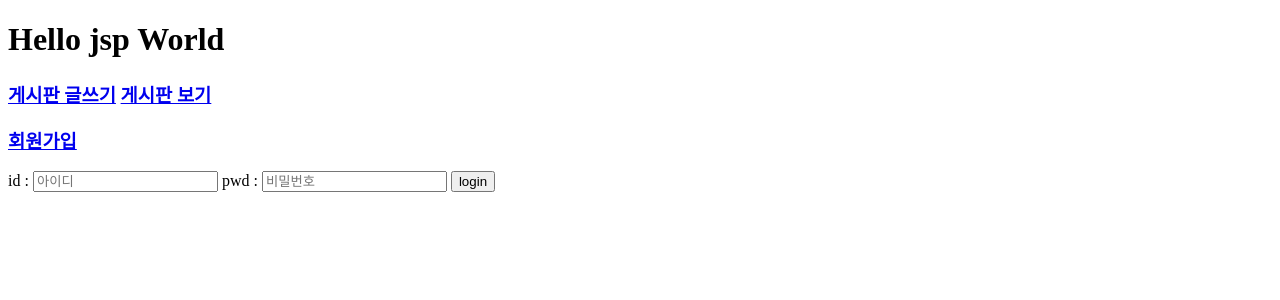
Repository: LeeYouHyeon/5.Servlet
Page: http://localhost/jsp_project/brd/index.jsp
An editor plug-in stored every save of this project. The page is shown before and after the next save, followed by the edit.
The browser window is 1280 px wide. The pictures show the whole page.
The page is served by Tomcat 9. Other server files are loaded and not shown.

Above is the page before, as saved 2025-05-28 03:35:34.

### jsp_project/src/main/webapp/index.jsp
<%@ page language="java" contentType="text/html; charset=UTF-8"
	pageEncoding="UTF-8"%>
<%@ taglib uri="http://java.sun.com/jsp/jstl/core" prefix="c" %>
<!DOCTYPE html>
<html>
<head>
<meta charset="UTF-8">
<title>Insert title here</title>
</head>
<body>
	<h1>Hello jsp World</h1>
	<h3>
		<a href="/brd/register">게시판 글쓰기</a> <a href="/brd/list">게시판 보기</a>
	</h3>
	<div>
		<h3>
			<a href="/mem/register">회원가입</a>
		</h3>
	</div>
	<div>
		<form action="/mem/login" method="post">
			id : <input type="text" name="id" placeholder="아이디"> pwd : <input
				type="password" name="pwd" placeholder="비밀번호">
			<button type="submit">login</button>
		</form>
	</div>
	<script type="text/javascript">
		const msg_login = `<c:out value="${msg_login}" />`;
		if (msg_login === '-1') {
			alert('로그인 정보가 일치하지 않습니다.');
		} else {
			// TODO
		}
	</script>
</body>
</html>

### jsp_project/src/main/java/controller/BoardController.java
package controller;

import java.io.File;
import java.io.IOException;
import java.util.List;

import javax.servlet.RequestDispatcher;
import javax.servlet.ServletException;
import javax.servlet.annotation.WebServlet;
import javax.servlet.http.HttpServlet;
import javax.servlet.http.HttpServletRequest;
import javax.servlet.http.HttpServletResponse;

import org.apache.commons.fileupload.FileItem;
import org.apache.commons.fileupload.disk.DiskFileItemFactory;
import org.apache.commons.fileupload.servlet.ServletFileUpload;
import org.slf4j.Logger;
import org.slf4j.LoggerFactory;

import domain.BoardVO;
import domain.PagingVO;
import handler.FileRemoveHandler;
import handler.PagingHandler;
import net.coobird.thumbnailator.Thumbnails;
import service.BoardService;
import service.BoardServiceImpl;

/**
 * Servlet implementation class BoardController
 */
@WebServlet("/brd/*")
public class BoardController extends HttpServlet {
	private static final long serialVersionUID = 1L;

	// 로그 객체 생성
	private static final Logger Log = LoggerFactory.getLogger(BoardController.class);

	// jsp에서 받은 요청을 처리하고 그 결과를 다른 jsp로 보내주는 객체
	private RequestDispatcher rdp;
	// 목적지(jsp) 주소를 저장하는 변수
	private String destPage;
	// isOk 변수
	private int isOk;

	// service 연결 인터페이스
	private BoardService bsv;

	public BoardController() {
		// 생성자 => bsv를 구현 객체로 연결해 생성
		bsv = new BoardServiceImpl();
	}

	// 여기선 service가 doGet과 doPost를 전부 처리하도록 구성
	protected void service(HttpServletRequest request, HttpServletResponse response)
			throws ServletException, IOException {
		// 모든 처리는 service에서
		Log.info("BoardController test");

		// 들어오는 매개변수와 응답객체의 인코딩 설정
		request.setCharacterEncoding("UTF-8");
		response.setCharacterEncoding("UTF-8");
		// 동기 방식 : 응답 객체의 content Type을 text/html로 설정
		response.setContentType("text/html; charset=UTF-8");

		// jsp에서 요청하는 주소를 받는 객체
		String uri = request.getRequestURI();
		Log.info(uri); // /brd/register => register

		String path = uri.substring(uri.lastIndexOf("/") + 1); // register만 추출
		Log.info(path);

		switch (path) {
		case "register":
			destPage = "/board/register.jsp";
			break;
		case "insert":
			try {
				// 파일 첨부가 있을 경우 사용
				// 파일 업로드 시 사용할 물리적인 경로를 설정
				String savePath = getServletContext().getRealPath("/_fileUpload");
				Log.info(">>> savePath >> {}", savePath);

				// File 객체 생성
				File fileDir = new File(savePath);
				Log.info(">>> fileDir >> {}", fileDir);

				DiskFileItemFactory fileItemFactory = new DiskFileItemFactory();
				// 파일 저장 객체 (파일 경로)
				fileItemFactory.setRepository(fileDir);
				// 파일 저장시 사용할 메모리 공간
				fileItemFactory.setSizeThreshold(1024 * 1024 * 3); // 계산 가능

				BoardVO bvo = new BoardVO();

				// request에서 multipart/form-data 형식으로 넘어온 객체를 다루기 쉽게 변환해주는 클래스
				ServletFileUpload fileUpload = new ServletFileUpload(fileItemFactory);

				List<FileItem> itemList = fileUpload.parseRequest(request);

				for (FileItem item : itemList) {
					// item -> title, writer, content, imageFile
					switch (item.getFieldName()) {
					case "title":
						bvo.setTitle(item.getString("UTF-8")); // 바이트 형태로 풀어진 값을 UTF-8로 재조합
						break;
					case "writer":
						bvo.setWriter(item.getString("UTF-8"));
						break;
					case "content":
						bvo.setContent(item.getString("UTF-8"));
						break;
					case "imageFile":
						// value가 없다고 null이 뜨지 않음. null이 뜨려면 웹에서 그 항목 자체가 없어야 함
						// 용량으로 이미지 파일 존재 여부를 체크
						if (item.getSize() > 0) {
							// 파일 이름 추출
							// getName() : 경로를 포함하는 이름
							String fileName = item.getName().substring(item.getName().lastIndexOf(File.separator) + 1);
							// File.separator : 파일 경로 기호 => 운영체제마다 다를 수 있어서 자동 변환
							Log.info(">>>> fileName >> {}", fileName);
							// 시스템의 시간을 이용하여 파일 구분 시간_파일이름
							// UUID UUID_파일이름
							fileName = System.currentTimeMillis() + "_" + fileName;

							// 경로 + 구분자 + 파일이름
							File uploadFile = new File(fileDir + File.separator + fileName);
							Log.info(">>> uploadFile >> {}", uploadFile);

							// 저장
							try {
								item.write(uploadFile); // 파일 객체에 실제 데이터 쓰기
								bvo.setImageFile(fileName); // 프로젝트 내부에 저장된 이미지는 /로 연결 가능

								// 썸네일 작업 : 리스트 페이지에서 트래픽 과다 사용 방지 (연결시간 지연 방지)
								Thumbnails.of(uploadFile).size(75, 75)
										.toFile(new File(fileDir + File.separator + "_th_" + fileName));
							} catch (Exception e) {
								// TODO: handle exception
								Log.info("file writer on disk error");
								e.printStackTrace();
							}
						}
						break;
					}
				}

				Log.info(">> bvo {}", bvo);
				isOk = bsv.insert(bvo);
				Log.info(">> insert {}", isOk > 0 ? "성공" : "실패");

				// 파일 첨부가 없을 때 사용. enctype="multipart/form-data"가 아닐 경우 사용
				// request로 받은 데이터를 추출
//				String title = request.getParameter("title"), writer = request.getParameter("writer"),
//						content = request.getParameter("content");
//
//				// DB에 넣기 위해 객체 생성
//				BoardVO bvo = new BoardVO(title, writer, content);
//

				// boardService 객체로 해당 객체를 전달
				//

				// DB에서 저장이 완료되면 1, 안 되면 0이 리턴

				destPage = "/index.jsp";
			} catch (Exception e) {
				// TODO: handle exception
				e.printStackTrace();
			}
			break;
		case "list":
			try {
				// DB에서 전체 리스트를 요청
//				List<BoardVO> list = bsv.getList();

				PagingVO pgvo = new PagingVO(); // pageNo = 1, qty = 10;

				if (request.getParameter("pageNo") != null) {
					pgvo.setPageNo(Integer.parseInt(request.getParameter("pageNo")));
					pgvo.setQty(Integer.parseInt(request.getParameter("qty")));
					pgvo.setType(request.getParameter("type"));
					pgvo.setKeyword(request.getParameter("keyword"));
				}

				// select * from board order by bno desc limit pageStart, qty;
				// select * from board where type like "%keyword%" ...

				List<BoardVO> list = bsv.getList(pgvo);
				Log.info(">> list {}", list);

				int totalCount = bsv.getTotal(pgvo);
				Log.info(">> totalCount > " + totalCount);

				// 페이지 핸들러 객체 생성 => 화면으로 보내기
				PagingHandler ph = new PagingHandler(pgvo, totalCount);
				Log.info(" >> ph > {}", ph);

				// request의 객체로 값을 보내는 역할
				request.setAttribute("list", list);
				request.setAttribute("ph", ph);

				destPage = "/board/list.jsp";
			} catch (Exception e) {
				e.printStackTrace();
			}
			break;
		case "detail":
		case "modify":
			try {
				int bno = Integer.parseInt(request.getParameter("bno"));

				BoardVO bvo = bsv.getDetail(bno);
				request.setAttribute("bvo", bvo);
				Log.info(">> detail bvo > {} ", bno);
				destPage = String.format("/board/%s.jsp", path);
			} catch (Exception e) {
				e.printStackTrace();
			}
			break;
		case "update":
			try {
				// 파일 업로드 포함 시
				String savePath = getServletContext().getRealPath("_fileUpload");
				File fileDir = new File(savePath);

				DiskFileItemFactory fileItemFactory = new DiskFileItemFactory();
				fileItemFactory.setRepository(fileDir);
				fileItemFactory.setSizeThreshold(1024 * 1024 * 3);

				BoardVO bvo = new BoardVO();
				ServletFileUpload fileUpload = new ServletFileUpload(fileItemFactory);

				List<FileItem> itemList = fileUpload.parseRequest(request);

				String old_file = null; // 기존에 있던 imageFile

				for (FileItem item : itemList) {
					switch (item.getFieldName()) {
					case "bno":
						bvo.setBno(Integer.parseInt(item.getString("UTF-8")));
						break;
					case "title":
						bvo.setTitle(item.getString("UTF-8"));
						break;
					case "content":
						bvo.setContent(item.getString("UTF-8"));
						break;
					case "imageFile":
						// 기존 파일 => 있을 수도 있고 없을 수도 있음
						old_file = item.getString("UTF-8");
						break;
					case "newFile":
						// 새로 추가되는 파일 => 있을 수도 있고 없을 수도 있음
						if (item.getSize() > 0) {
							// 새로 추가되는 파일이 있을 경우
							if (old_file != null) {
								// old_file 삭제 작업
								// fileRemoveHandler를 통해 파일 삭제 작업을 진행
								FileRemoveHandler removeHandler = new FileRemoveHandler();
								isOk = removeHandler.deleteFile(savePath, old_file);
							}
							// 새로운 파일 등록
							String fileName = item.getName().substring(item.getName().lastIndexOf(File.separator) + 1);
							Log.info(">>>> new File >> {}", fileName);
							fileName = System.currentTimeMillis() + "_" + fileName;
							File uploadFile = new File(fileDir + File.separator + fileName);

							try {
								item.write(uploadFile);
								bvo.setImageFile(fileName);

								Thumbnails.of(uploadFile).size(75, 75)
										.toFile(fileDir + File.separator + "_th_" + fileName);
							} catch (Exception e) {
								Log.info("file writer update Error");
								e.printStackTrace();
							}
						} else {
							// 기존 파일을 bvo에 담음
							bvo.setImageFile(old_file);
						}
					}
				}
				Log.info(">> update bno > {}", bvo);
				int isOk = bsv.update(bvo);
				Log.info(">> update {}", isOk > 0 ? "성공" : "실패");
				destPage = "detail?bno=" + bvo.getBno();
//				destPage = "detail"; : 이전엔 리퀘스트가 비워지지 않아서 꼼수로 bno를 추출할 수 있던 것
				// destPage = "list";

//				int bno = Integer.parseInt(request.getParameter("bno"));
//				String title = request.getParameter("title"), content = request.getParameter("content");
//				BoardVO bvo = new BoardVO(bno, title, content);
//				Log.info(">> update bno > {}", bno);
//
//				isOk = bsv.update(bvo);
//				Log.info(">> update {}", isOk > 0 ? "성공" : "실패");
//				destPage = "detail"; // 내부 케이스를 한 번 더 돌아감
			} catch (Exception e) {
				e.printStackTrace();
			}
			break;
		case "remove":
			try {
				// 1. bno를 가지고 BoardVO 객체 생성
				int bno = Integer.parseInt(request.getParameter("bno"));
				BoardVO bvo = bsv.getDetail(bno);
				Log.info(">>>> bvo >> {}", bvo);

				// 2. 글, 댓글 삭제
				isOk = bsv.remove(bno);
				Log.info(">> remove bvo {} > {}", bno, isOk > 0 ? "성공" : "실패");

				// 3. 글이 삭제됐으면 이미지 삭제
				if (isOk > 0) {
					if (bvo.getImageFile() != null) {
						FileRemoveHandler removeHandler = new FileRemoveHandler();
						isOk = removeHandler.deleteFile(getServletContext().getRealPath("/_fileUpload"),
								bvo.getImageFile());
						Log.info(">>>> remove image file >> {}", isOk > 0 ? "성공" : "실패");
					} else
						Log.info(">>>> no image on this board");
				}

				destPage = "list";
			} catch (Exception e) {
				// TODO: handle exception
				e.printStackTrace();
			}
			break;
		default:
			destPage = "/";
		}

		// 받은 주소에 대한 분기 처리

		// 처리가 완료되고 만들어진 응답객체를 jsp 화면으로 보내기
		// 데이터 전달 객체 (RequestDispatcher) / 전달 jsp (destPage)
		rdp = request.getRequestDispatcher(destPage);
		// 요청한 객체를 가지고 destPage에 적힌 주소로 이동 forward
		rdp.forward(request, response);
	}

	protected void doGet(HttpServletRequest request, HttpServletResponse response)
			throws ServletException, IOException {
		service(request, response);
	}

	protected void doPost(HttpServletRequest request, HttpServletResponse response)
			throws ServletException, IOException {
		service(request, response);
	}

}

### jsp_project/src/main/java/service/BoardServiceImpl.java
package service;

import java.util.List;

import org.slf4j.Logger;
import org.slf4j.LoggerFactory;

import domain.BoardVO;
import domain.PagingVO;
import repository.BoardDAO;
import repository.BoardDAOImpl;
import repository.CommentDAOImpl;

public class BoardServiceImpl implements BoardService {
	private static final Logger Log = LoggerFactory.getLogger(BoardServiceImpl.class);
	private BoardDAO bdao; // BoardDAO 인터페이스 생성

	public BoardServiceImpl() {
		bdao = new BoardDAOImpl(); // BoardDAO 구현 클래스
	}

	@Override
	public int insert(BoardVO bvo) {
		// TODO Auto-generated method stub
		Log.info(">> board service in {}", bvo);

		return bdao.insert(bvo);
	}

//	@Override
//	public List<BoardVO> getList() {
//		// TODO Auto-generated method stub
//		Log.info(">> board service in list");
//
//		return bdao.getList();
//	}

	@Override
	public BoardVO getDetail(int bno) {
		// TODO Auto-generated method stub
		Log.info(">> board service in {}", bno);
		return bdao.getDetail(bno);
	}

	@Override
	public int update(BoardVO bvo) {
		// TODO Auto-generated method stub
		Log.info(">> board service in update {}", bvo);
		return bdao.update(bvo);
	}

	@Override
	public int remove(int bno) {
		// TODO Auto-generated method stub
		Log.info(">> board service in remove {}", bno);
		if (new CommentDAOImpl().removeAll(bno) > 0) return bdao.remove(bno);
		else return 0;
	}

	@Override
	public List<BoardVO> getList(PagingVO pgvo) {
		// TODO Auto-generated method stub
		return bdao.getList(pgvo);
	}

	@Override
	public int getTotal(PagingVO pgvo) {
		// TODO Auto-generated method stub
		return bdao.getTotal(pgvo);
	}
}

### jsp_project/src/main/java/repository/BoardDAO.java
package repository;

import java.util.List;

import domain.BoardVO;
import domain.PagingVO;

public interface BoardDAO {

	int insert(BoardVO bvo);

	List<BoardVO> getList(PagingVO pgvo);

	BoardVO getDetail(int bno);

	int update(BoardVO bvo);

	int remove(int bno);

	int getTotal(PagingVO pgvo);

}

### jsp_project/src/main/java/repository/BoardDAOImpl.java
package repository;

import java.util.List;

import org.apache.ibatis.session.SqlSession;
import org.slf4j.Logger;
import org.slf4j.LoggerFactory;

import domain.BoardVO;
import domain.PagingVO;
import orm.DatabasesBuilder;

public class BoardDAOImpl implements BoardDAO {
	private static final Logger Log = LoggerFactory.getLogger(BoardDAOImpl.class);

	//mybatis 라이브러리에서 SqlSession을 통해 구현
	private SqlSession sql;

	public BoardDAOImpl() {
		new DatabasesBuilder();
		sql = DatabasesBuilder.getFactory().openSession();
	}

	// 메서드 구현
	@Override
	public int insert(BoardVO bvo) {
		// sql.메서드(namespace.id, 객체)
		Log.info(">> board dao in");
		// DB에 저장
		int isOk = sql.insert("BoardMapper.add", bvo);
		// insert, update, delete처럼 DB 값 자체가 변경되는 구문은 반드시 commit을 해줘야 반영됨
		if (isOk > 0) sql.commit();
		return isOk;
	}

//	@Override
//	public List<BoardVO> getList() {
//		// TODO Auto-generated method stub
//		Log.info(">> board dao in");
//		return sql.selectList("BoardMapper.list");
//	}

	@Override
	public BoardVO getDetail(int bno) {
		// TODO Auto-generated method stub
		Log.info(">> board dao in");

		return sql.selectOne("BoardMapper.detail", bno);
	}

	@Override
	public int update(BoardVO bvo) {
		// TODO Auto-generated method stub
		Log.info(">> board dao in");
		int isOk = sql.update("BoardMapper.up", bvo);
		if (isOk > 0) sql.commit();
		return isOk;
	}

	@Override
	public int remove(int bno) {
		// TODO Auto-generated method stub
		Log.info(">> board dao in");
		int isOk = sql.delete("BoardMapper.del", bno);
		if (isOk > 0) sql.commit();
		return isOk;
	}

	@Override
	public List<BoardVO> getList(PagingVO pgvo) {
		// TODO Auto-generated method stub
		Log.info(">> board dao in");
		return sql.selectList("BoardMapper.list", pgvo);
	}

	@Override
	public int getTotal(PagingVO pgvo) {
		// TODO Auto-generated method stub
		Log.info(">> board dao in");
		return sql.selectOne("BoardMapper.count", pgvo);
	}
}

### jsp_project/src/main/java/orm/DatabasesBuilder.java
 package orm;

import org.apache.ibatis.io.Resources;
import org.apache.ibatis.session.SqlSessionFactory;
import org.apache.ibatis.session.SqlSessionFactoryBuilder;

public class DatabasesBuilder {
	private static SqlSessionFactory factory;
	private static final String CONFIG = "orm/mybatisConfig.xml";

	static {
		try {
			factory = new SqlSessionFactoryBuilder().build(
					Resources.getResourceAsReader(CONFIG));
		} catch (Exception e) {
			e.printStackTrace();
		}
	}

	public static SqlSessionFactory getFactory() {
		return factory;
	}
}

### jsp_project/src/main/java/domain/BoardVO.java
package domain;

public class BoardVO {
	private int bno;
	private String title;
	private String writer;
	private String content;
	private String regdate;
	private String moddate;
	private String imageFile;

	// 생성자
	public BoardVO() {
	}

	// insert용 : title, writer, content
	public BoardVO(String title, String writer, String content, String imageFile) {
		this.title = title;
		this.writer = writer;
		this.content = content;
		this.imageFile = imageFile;
	}

	// list : bno, title, writer, regdate
	public BoardVO(int bno, String title, String writer, String regdate) {
		this.bno = bno;
		this.title = title;
		this.writer = writer;
		this.regdate = regdate;
	}

	// update : bno, title, content
	public BoardVO(int bno, String title, String content) {
		this.bno = bno;
		this.title = title;
		this.content = content;
	}

	// detail : 전부
	public BoardVO(int bno, String title, String writer, String content, String regdate, String moddate, String imageFile) {
		this.bno = bno;
		this.title = title;
		this.writer = writer;
		this.content = content;
		this.regdate = regdate;
		this.moddate = moddate;
		this.imageFile = imageFile;
	}

	public int getBno() {
		return bno;
	}

	public void setBno(int bno) {
		this.bno = bno;
	}

	public String getTitle() {
		return title;
	}

	public void setTitle(String title) {
		this.title = title;
	}

	public String getWriter() {
		return writer;
	}

	public void setWriter(String writer) {
		this.writer = writer;
	}

	public String getContent() {
		return content;
	}

	public void setContent(String content) {
		this.content = content;
	}

	public String getRegdate() {
		return regdate;
	}

	public void setRegdate(String regdate) {
		this.regdate = regdate;
	}

	public String getModdate() {
		return moddate;
	}

	public void setModdate(String moddate) {
		this.moddate = moddate;
	}

	public String getImageFile() {
		return imageFile;
	}

	public void setImageFile(String imageFile) {
		this.imageFile = imageFile;
	}

	@Override
	public String toString() {
		return "BoardVO [bno=" + bno + ", title=" + title + ", writer=" + writer + ", content=" + content + ", regdate="
				+ regdate + ", moddate=" + moddate + ", imageFile=" + imageFile + "]";
	}

//	@Override
//	public String toString() {
//		return "BoardVO [bno=" + bno + ", title=" + title + ", writer=" + writer + ", content=" + content + ", regdate="
//				+ regdate + ", moddate=" + moddate + "]";
//	}

}

### jsp_project/src/main/java/domain/CommentVO.java
package domain;

public class CommentVO {
	/*
	 * cno int auto_increment,
	 * bno int not null,
	 * writer varchar(50) not null,
	 * content varchar(1000) not null,
	 * regdate datetime default now(),
	 * */
	private int cno;
	private int bno;
	private String writer;
	private String content;
	private String regdate;

	public CommentVO() {}

	// register : writer, content
	public CommentVO(int bno, String writer, String content) {
		this.bno = bno;
		this.writer = writer;
		this.content = content;
	}

	// list : 전부
	public CommentVO(int cno, int bno, String writer, String content, String regdate) {
		this.cno = cno;
		this.bno = bno;
		this.writer = writer;
		this.content = content;
		this.regdate = regdate;
	}

	// modify : cno, content
	public CommentVO(int cno, String content) {
		this.cno = cno;
		this.content = content;
	}

	public int getCno() {
		return cno;
	}

	public void setCno(int cno) {
		this.cno = cno;
	}

	public int getBno() {
		return bno;
	}

	public void setBno(int bno) {
		this.bno = bno;
	}

	public String getWriter() {
		return writer;
	}

	public void setWriter(String writer) {
		this.writer = writer;
	}

	public String getContent() {
		return content;
	}

	public void setContent(String content) {
		this.content = content;
	}

	public String getRegdate() {
		return regdate;
	}

	public void setRegdate(String regdate) {
		this.regdate = regdate;
	}

	@Override
	public String toString() {
		return "CommentVO [cno=" + cno + ", bno=" + bno + ", writer=" + writer + ", content=" + content + ", regdate="
				+ regdate + "]";
	}
}

### jsp_project/src/main/java/domain/MemberVO.java
package domain;

public class MemberVO {
	private String id;
	private String pwd;
	private String email;
	private String phone;
	private String regdate;
	private String lastlogin;

	public MemberVO() {}

	// login : id, pwd
	public MemberVO(String id, String pwd) {
		this.id = id;
		this.pwd = pwd;
	}

	// registr : id, pwd, email, phone
	public MemberVO(String id, String pwd, String email, String phone) {
		this.id = id;
		this.pwd = pwd;
		this.email = email;
		this.phone = phone;
	}

	// all
	public MemberVO(String id, String pwd, String email, String phone, String regdate, String lastlogin) {
		this.id = id;
		this.pwd = pwd;
		this.email = email;
		this.phone = phone;
		this.regdate = regdate;
		this.lastlogin = lastlogin;
	}

	public String getId() {
		return id;
	}

	public void setId(String id) {
		this.id = id;
	}

	public String getPwd() {
		return pwd;
	}

	public void setPwd(String pwd) {
		this.pwd = pwd;
	}

	public String getEmail() {
		return email;
	}

	public void setEmail(String email) {
		this.email = email;
	}

	public String getPhone() {
		return phone;
	}

	public void setPhone(String phone) {
		this.phone = phone;
	}

	public String getRegdate() {
		return regdate;
	}

	public void setRegdate(String regdate) {
		this.regdate = regdate;
	}

	public String getLastlogin() {
		return lastlogin;
	}

	public void setLastlogin(String lastlogin) {
		this.lastlogin = lastlogin;
	}

	@Override
	public String toString() {
		return "MemberVO [id=" + id + ", pwd=" + pwd + ", email=" + email + ", phone=" + phone + ", regdate=" + regdate
				+ ", lastlogin=" + lastlogin + "]";
	}
}

After the next save:
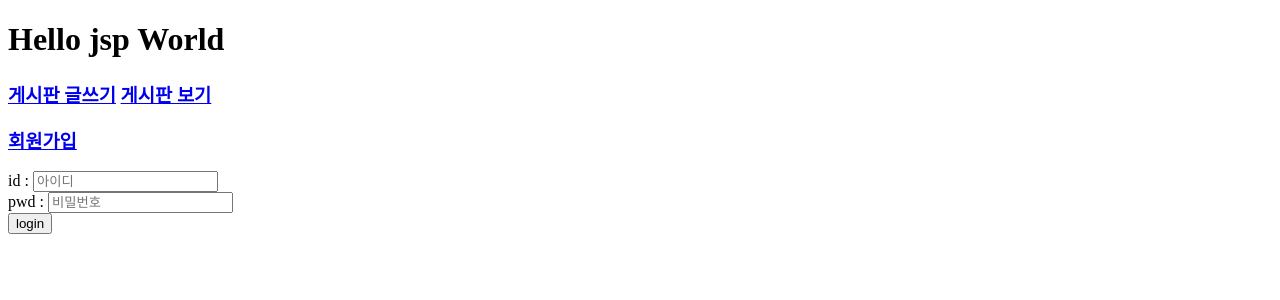
Saved 12 min 52 s later.
--- a/jsp_project/src/main/webapp/index.jsp
+++ b/jsp_project/src/main/webapp/index.jsp
@@ -1,6 +1,6 @@
 <%@ page language="java" contentType="text/html; charset=UTF-8"
 	pageEncoding="UTF-8"%>
-<%@ taglib uri="http://java.sun.com/jsp/jstl/core" prefix="c" %>
+<%@ taglib uri="http://java.sun.com/jsp/jstl/core" prefix="c"%>
 <!DOCTYPE html>
 <html>
 <head>
@@ -19,8 +19,8 @@
 	</div>
 	<div>
 		<form action="/mem/login" method="post">
-			id : <input type="text" name="id" placeholder="아이디"> pwd : <input
-				type="password" name="pwd" placeholder="비밀번호">
+			id : <input type="text" name="id" placeholder="아이디"> <br>
+			pwd : <input type="password" name="pwd" placeholder="비밀번호"> <br>
 			<button type="submit">login</button>
 		</form>
 	</div>
